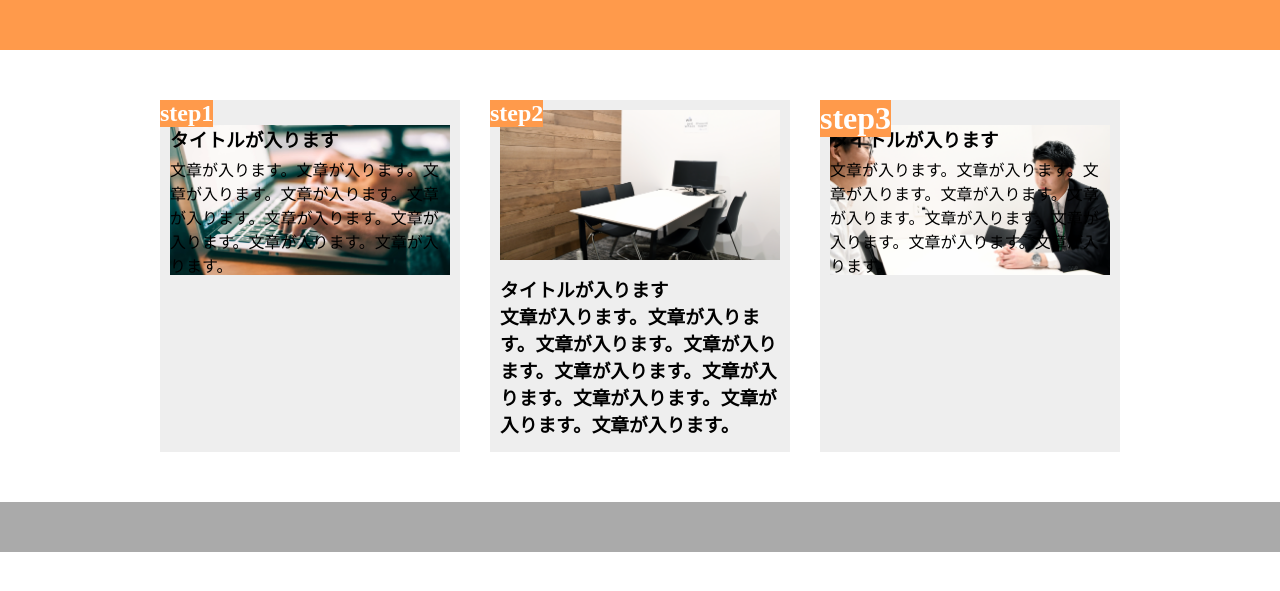
Repository: rie-koyuzu/kadai
Page: kadai/index.html
The author's editor kept a record of every edit. The page is drawn from the files as they stood at one moment, then again after the next edit.
The browser window is 1280 px wide. The pictures show the whole page.
Some web libraries are served in a nearby version.

Above is the page before.

After the next edit:
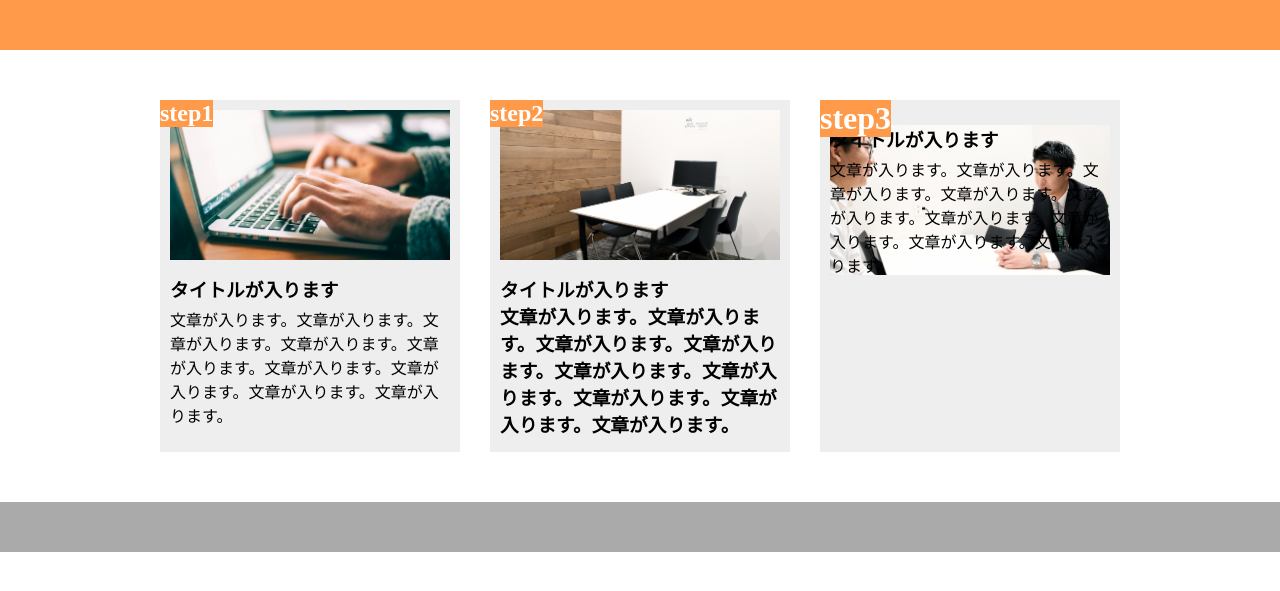
The edit:
--- a/kadai/index.html
+++ b/kadai/index.html
@@ -18,7 +18,7 @@
 
 <main>
     <div class="step-box">
-      <div class="step1-item">
+      <h1><div class="step1-item"></h1>
         <!--<section class="main-step-text">-->
           <h2 class="step-num">step1</h2>
           <h3 class="step-title">タイトルが入ります</h3>
